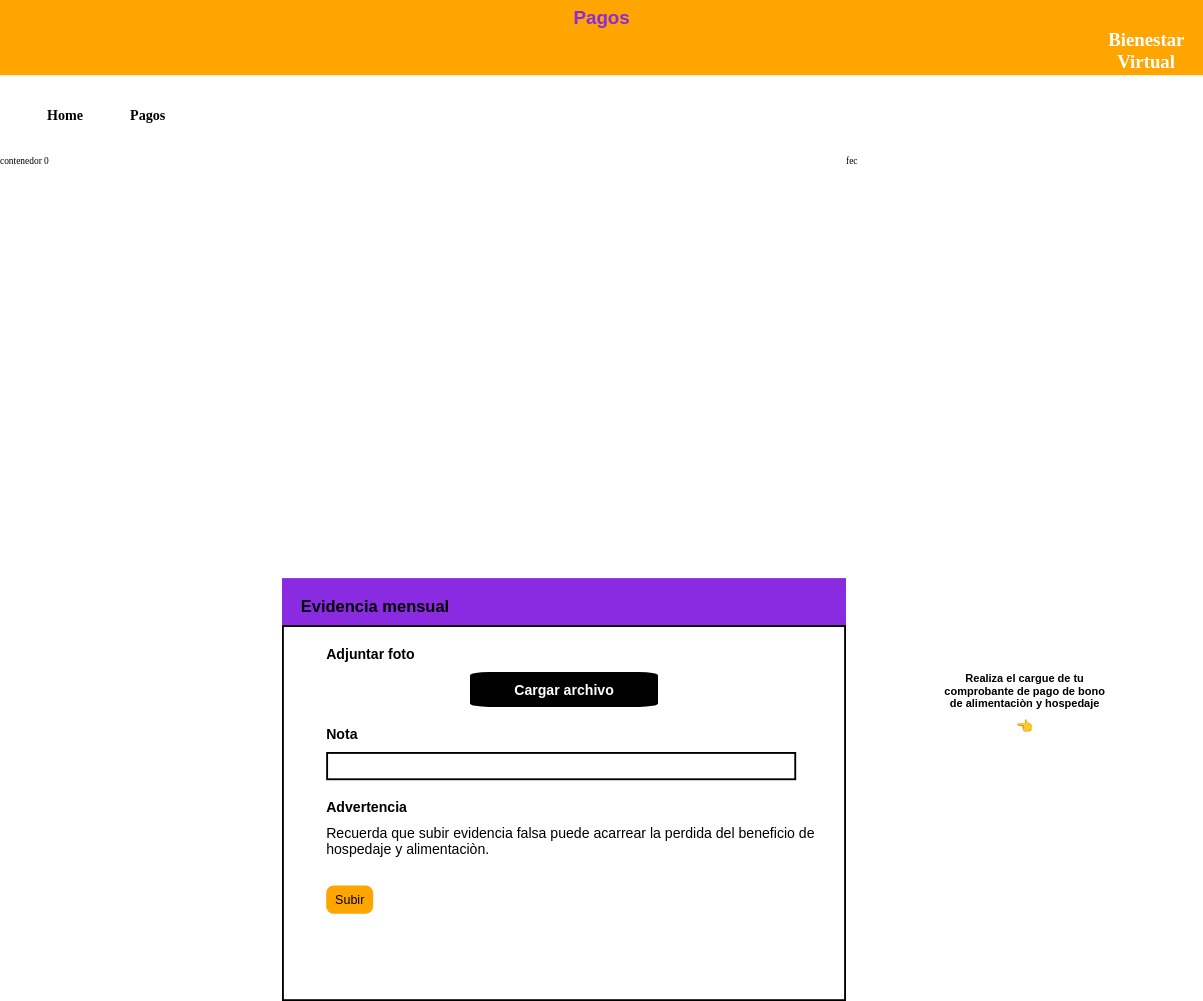
Repository: Diani123/Mis-actividades
Page: softwarebienestarinstitucional/pagos.html
These files come from the project's save history. The page is drawn as it stood at one moment and after a run of saves; the edit follows.
The browser window is 1280 px wide. The pictures show the whole page, at 94% of full size.

Above is the page before, as saved 2023-02-12 20:39:46.

After the next 4 saves:
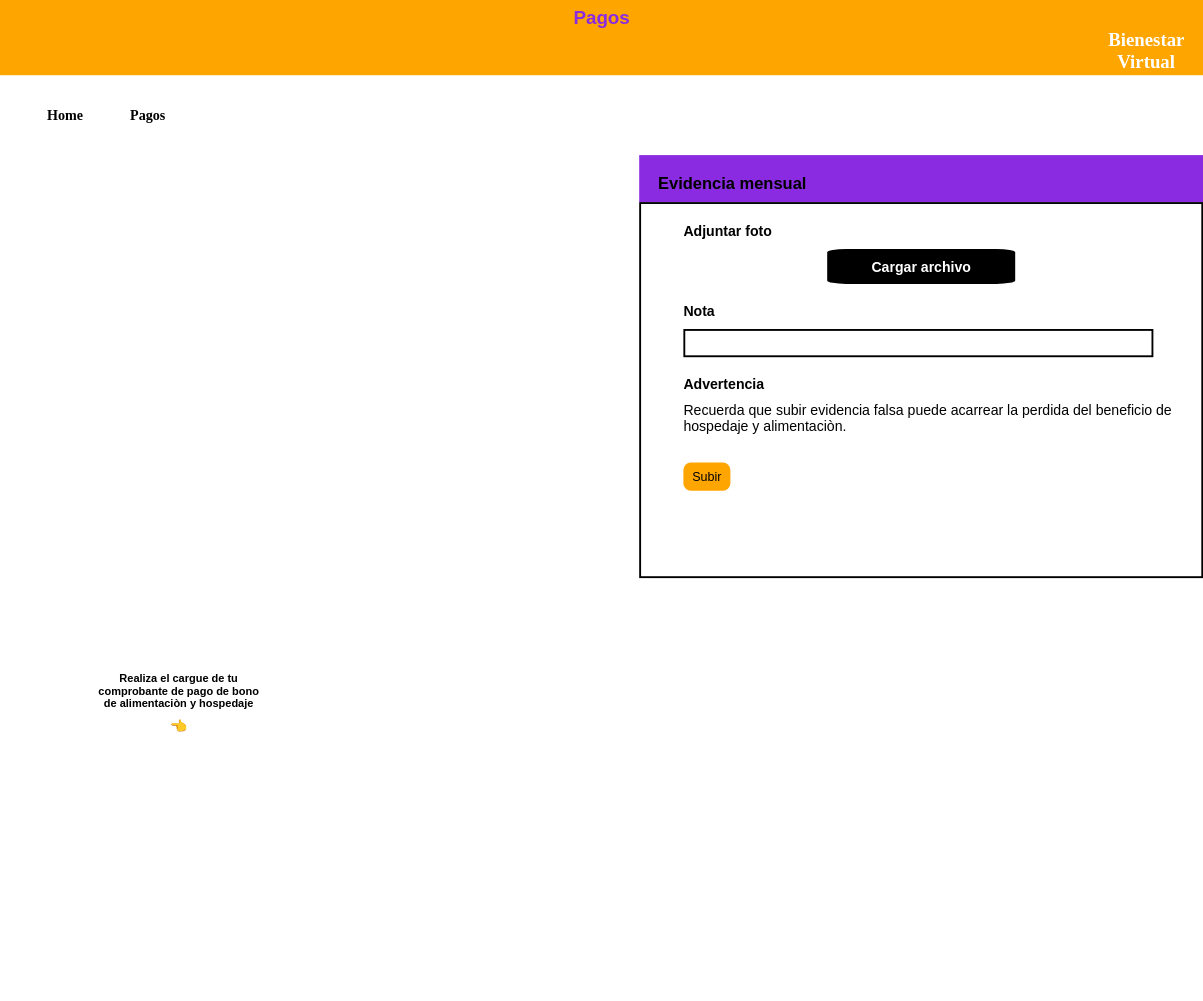
The 4 saves are shown as one change because they came seconds apart.
The last was saved 11 s later.
--- a/softwarebienestarinstitucional/pagos.html
+++ b/softwarebienestarinstitucional/pagos.html
@@ -20,8 +20,8 @@
       <a href="./pagos.html" class="item"><h2 class="item-title">Pagos</h2></a>
     </div>
     <div class="ContainerT">
-      <div>contenedor 0</div>
-      fec
+      <div class=""></div>
+
       <div class="contenedor1">
       <div class="ContainerTitle">
         <h3 class="title4">Evidencia mensual</h3>
